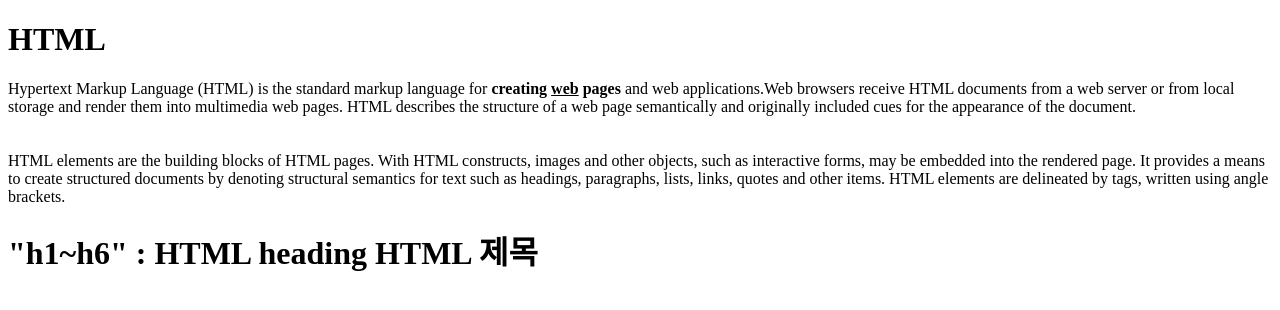
Repository: winterer4/Web-1
Page: HTML5/1.html
These files come from the project's save history. The page is drawn as it stood at one moment and after the next save; the edit follows.
The browser window is 1280 px wide. The pictures show the whole page.

Above is the page before, as saved 2018-10-25 06:44:17.

### HTML5/1.html
<!DOCTYPE html>
<html>
<head>
<meta charset="UTF-8">
<title>Insert title here</title>
</head>
<body>
<h1>HTML</h1>
Hypertext Markup Language (HTML) is the standard markup language for <strong>creating <u>web</u> pages</strong> and web applications.Web browsers receive HTML documents from a web server or from local storage and render them into multimedia web pages. HTML describes the structure of a web page semantically and originally included cues for the appearance of the document.
<br><br><br>HTML elements are the building blocks of HTML pages. With HTML constructs, images and other objects, such as interactive forms, may be embedded into the rendered page. It provides a means to create structured documents by denoting structural semantics for text such as headings, paragraphs, lists, links, quotes and other items. HTML elements are delineated by tags, written using angle brackets.

</body>

<h1>"h1~h6" : HTML heading HTML 제목 </h1>

</html>

After the next save:
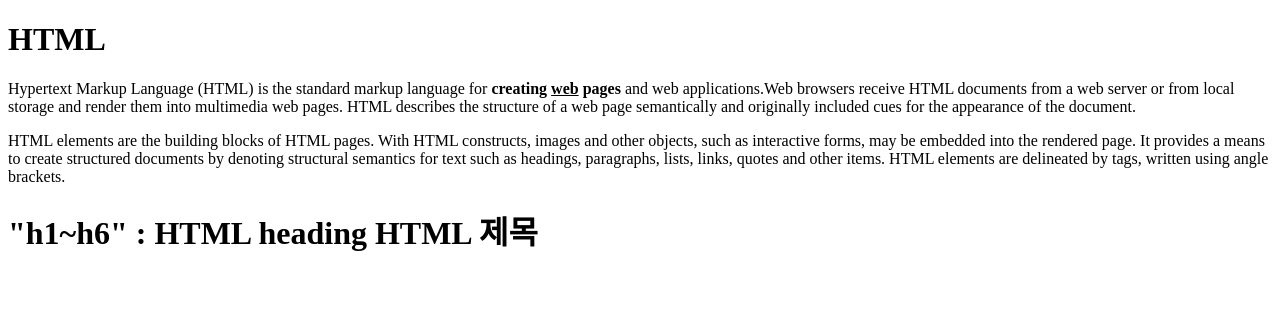
Saved 3 min 36 s later.
--- a/HTML5/1.html
+++ b/HTML5/1.html
@@ -6,8 +6,8 @@
 </head>
 <body>
 <h1>HTML</h1>
-Hypertext Markup Language (HTML) is the standard markup language for <strong>creating <u>web</u> pages</strong> and web applications.Web browsers receive HTML documents from a web server or from local storage and render them into multimedia web pages. HTML describes the structure of a web page semantically and originally included cues for the appearance of the document.
-<br><br><br>HTML elements are the building blocks of HTML pages. With HTML constructs, images and other objects, such as interactive forms, may be embedded into the rendered page. It provides a means to create structured documents by denoting structural semantics for text such as headings, paragraphs, lists, links, quotes and other items. HTML elements are delineated by tags, written using angle brackets.
+<p>Hypertext Markup Language (HTML) is the standard markup language for <strong>creating <u>web</u> pages</strong> and web applications.Web browsers receive HTML documents from a web server or from local storage and render them into multimedia web pages. HTML describes the structure of a web page semantically and originally included cues for the appearance of the document.</p>
+<p>HTML elements are the building blocks of HTML pages. With HTML constructs, images and other objects, such as interactive forms, may be embedded into the rendered page. It provides a means to create structured documents by denoting structural semantics for text such as headings, paragraphs, lists, links, quotes and other items. HTML elements are delineated by tags, written using angle brackets.</p>
 
 </body>
 
